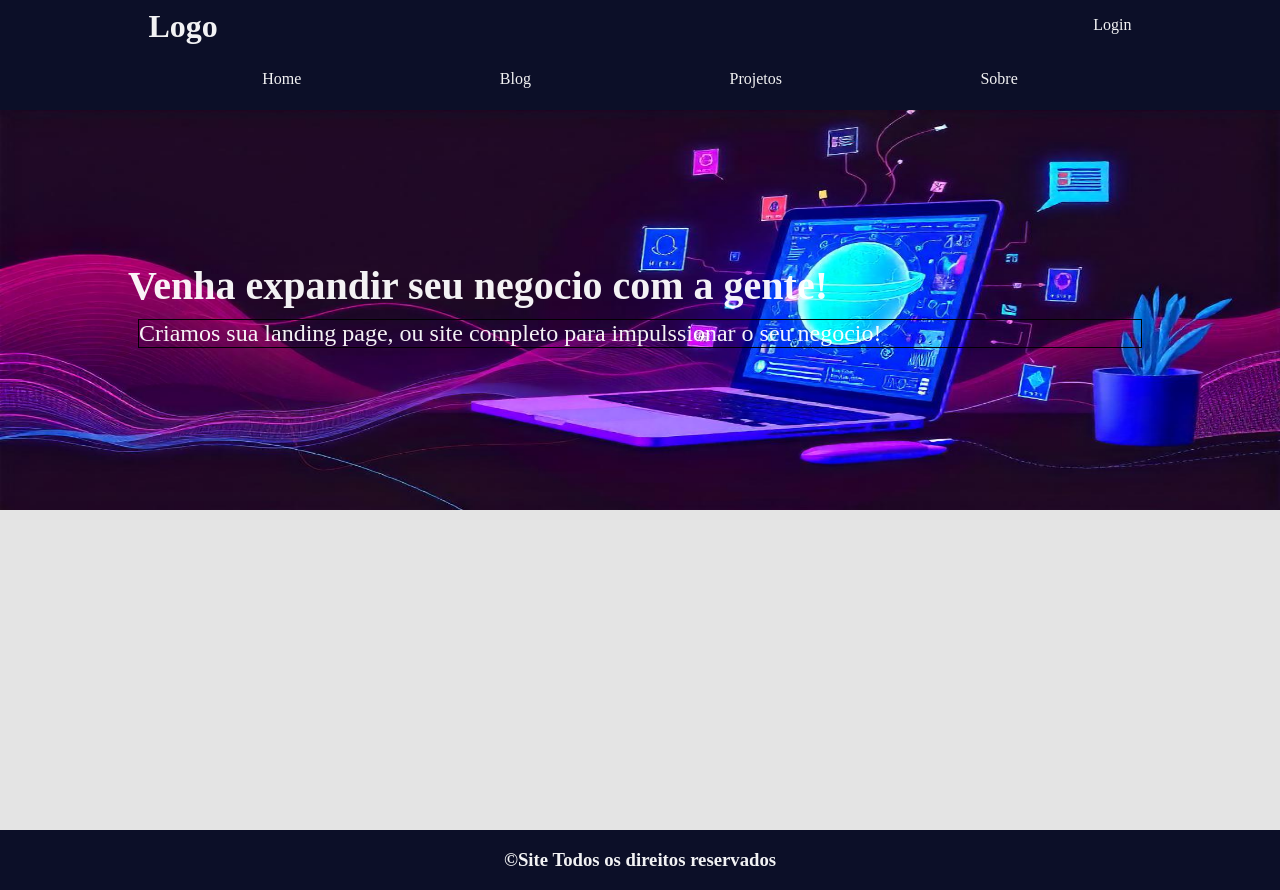
Repository: SauloMorais01/mysitefront-end
Page: index.html
These files come from the project's save history. The page is drawn as it stood at one moment and after the next save; the edit follows.
The browser window is 1280 px wide. The pictures show the whole page.

Above is the page before, as saved 2024-11-01 22:16:50.

### index.html
<!DOCTYPE html>
<html lang="pt-br">
<head>
    <meta charset="UTF-8">
    <meta name="viewport" content="width=device-width, initial-scale=1.0">
    <title>Titulo - status</title>
    <link rel="stylesheet" href="./src/css/style.css">
</head>
<body>
    <header class="primary-color hd-color-white">
        <div class="container">
            <div class="top-box flex">
                <div class="logo">
                    <a class="hd-color-white" href="/"><h1>Logo</h1></a>
                </div>
                <div class="login">
                    <a class="hd-color-white" href="/">Login</a>
                </div>
            </div>
        </div>
    </header>

    <section id="menu" class="sticky-top primary-color hd-color-white">
            <div class="container center">
                <a href="/">Home</a>
                <a href="./src/pages/blog.html">Blog</a>
                <a href="/">Projetos</a>
                <a href="/">Sobre</a>
            </div>
    </section>

    <main>
        <section class="info-top">
            <div class="container hd-color-white">
                <div class="info-top-top">
                    <h1>Venha expandir seu negocio com a gente!</h1>
                </div>
                <div class="info-top-p">
                    <p>Criamos sua landing page, ou site completo para impulssionar o seu negocio!</p>
                </div>
            </div>
        </section>

    </main>

    <footer class="primary-color center">
        <h3 class="hd-color-white">&copy;<strong>Site</strong> Todos os direitos reservados</h3>
    </footer>


    <script src="./src/js/main.js"></script>
</body>
</html>

### src/css/style.css
/* Primary configs */
:root {
    /* Colors */
    /* Bases */
    --primary-color: 234, 94%, 6%,;
    --secondary-color: 184, 86%, 66%,;
    --body-color: 0, 0%, 89%,;
    --white-color: 0, 0%, 100%,;
    --black-color: 0, 0%, 0%,;
    /* End Bases */

    /* Variations colors */
    --primary-color-normal: hsla(var(--primary-color) 0.95);
    --primary-color-medium: hsla(var(--primary-color) 0.5);
    --primary-color-light: hsla(var(--primary-color) 0.250);

    --secondary-color-normal: hsla(var(--secondary-color) 0.95);
    --secondary-color-medium: hsla(var(--secondary-color) 0.5);
    --secondary-color-light: hsla(var(--secondary-color) 0.250);

    --body-color-normal: hsla(var(--body-color) 0.95);
    --body-color-medium: hsla(var(--body-color) 0.5);
    --body-color-light: hsla(var(--body-color) 0.250);

    --black-color-normal: hsla(var(--black-color) 0.95);
    --black-color-medium: hsla(var(--black-color) 0.5);
    --black-color-light: hsla(var(--black-color) 0.250);

    --white-color-normal: hsla(var(--white-color) 0.95);
    --white-color-medium: hsla(var(--white-color) 0.5);
    --white-color-light: hsla(var(--white-color) 0.250);
    /* End variations colors */
    /* End Colors */

    /* Conf Sizes */
    --container-larger-l: 80%;
    --container-larger-m: 80%;
    --container-larger-s: 80%;
    --container-tablet: 90%;
    --container-small-d: 95%;
    --grid-width: 20%;
    --grid-height: 20%;
    /* End conf Sizes */
}

/* Global */
* {
    box-sizing: border-box;
    margin: 0;
    padding: 0;
}
/* End global */

/* pagina */
body {
    background: var(--body-color-normal);
}

a {
    list-style: none;
    text-decoration: none;
}


main {
    height: 100vh;
}

footer {
    height: 60px;
}

footer h3 {
    padding-top: 1.2rem;
}

/* end pagina */

/* Utils */
.flex {
    display: flex;
}

.sticky-top {
    position: sticky;
    top: 0;
}

.center {
    text-align: center;
}

.right {
    text-align: right;
}

.left {
    text-align: left;
}

.grid-temp {
    width: var(--grid-width); height: var(--grid-height);
    display: grid;
    grid-template-columns: repeat(4, 1fr);
    grid-template-rows: repeat(4, 1fr);
}

.primary-color{
    background: var(--primary-color-normal);
}

.secondary-color{
    background: var(--secondary-color-normal);
}

.hd-color-black {
    color: var(--black-color-normal);
}

.hd-color-white {
    color: var(--white-color-normal);
}

.hidden {
    display: none;
}
/* End utils */



/* Responsividade */
@media (max-width: 575.99px) {
    .container {
        margin: 0 auto;
        width: var(--container-small-d);
    }

    header {
        height: 40px;
    }

    #menu {
        height: 40px;
        display:none;
    }

    #menu a {
        color: var(--white-color-normal);
        margin: 5px 2%;
        padding: 10px 5%;
    }

    .login {
        display: none;
    }

    #menu a:hover {
        background-color: var(--secondary-color-light);
        border-radius: 5px;
    }

    .top-box {
        position: relative;
        padding-top: 2px;
    }

    .logo {
        position: absolute;
        left: 1%;
        font-size: 0.8rem;
    }

    .login {
        position: absolute;
        margin-top: 2px;
        right: 1%;
    }

    /* Main */
    .info-top{
        /* background: #4f0c6e; */
        height: 250px;
        background-image: url(../img/freepik__generate-images-about-web-development__7459.jpeg);
        background-position: center;
        background-size: 100% 100%;
        display: flex;
        align-items: center;
        justify-content: center;
        /* background-repeat: no-repeat; */
    }

    .info-top h1 {
        font-size: 1.25rem;
    }

    .info-top p {
        font-size: 0.8rem;]

    }
}

@media (min-width: 576px) {
    .container {
        margin: 0 auto;
        width: var(--container-small-d);
    }

    header {
        height: 40px;
    }

    #menu {
        height: 40px;
        display:none;
    }

    #menu a {
        color: var(--white-color-normal);
        margin: 5px 2%;
        padding: 10px 5%;
    }

    .login {
        display: none;
    }

    #menu a:hover {
        background-color: var(--secondary-color-light);
        border-radius: 5px;
    }

    .top-box {
        position: relative;
        padding-top: 3px;
    }

    .logo {
        position: absolute;
        left: 1%;
        font-size: 0.8rem;
    }

    .login {
        position: absolute;
        margin-top: 3px;
        right: 1%;
    }

    /* Main */
    .info-top{
        /* background: #4f0c6e; */
        height: 250px;
        background-image: url(../img/freepik__generate-images-about-web-development__7459.jpeg);
        background-position: center;
        background-size: 100% 100%;
        display: flex;
        align-items: center;
        justify-content: center;
        /* background-repeat: no-repeat; */
    }

    .info-top h1 {
        font-size: 1.25rem;
    }

    .info-top p {
        font-size: 0.8rem;
        border: 1px solid var(--black-color-normal);
    }
}

/* Medium devices (tablets, 768px and up) */
@media (min-width: 768px) {
    .container {
        margin: 0 auto;
        width: var(--container-tablet);
    }

    header {
        height: 50px;
    }

    #menu {
        height: 40px;
        display:none;
    }

    #menu a {
        color: var(--white-color-normal);
        margin: 5px 3%;
        padding: 10px 5%;
    }

    #menu a:hover {
        background-color: var(--secondary-color-light);
        border-radius: 5px;
    }

    .login {
        display: block;
    }

    .top-box {
        position: relative;
        padding-top: 6px;
    }

    .logo {
        position: absolute;
        left: 2%;
        font-size: 1rem;
    }

    .login {
        position: absolute;
        margin-top: 6px;
        right: 2%;
    }

    /* Main */
    .info-top{
        /* background: #4f0c6e; */
        height: 300px;
        background-image: url(../img/freepik__generate-images-about-web-development__7459.jpeg);
        background-position: center;
        background-size: 100% 100%;
        display: flex;
        align-items: center;
        justify-content: center;
        /* background-repeat: no-repeat; */
    }

    .info-top h1 {
        font-size: 1.5rem;
    }

    .info-top p {
        margin: 10px;
        font-size: 1.0rem;
    }
}

/* Large devices (desktops, 992px and up) */
@media (min-width: 992px) {
    .container {
        margin: 0 auto;
        width: var(--container-larger-s);
    }

    header {
        height: 60px;
    }

    #menu {
        height: 40px;
        display: block;
    }

    #menu a {
        color: var(--white-color-normal);
        margin: 5px 4%;
        padding: 10px 5%;
    }

    #menu a:hover {
        background-color: var(--secondary-color-light);
        border-radius: 5px;
    }

    .top-box {
        position: relative;
        padding-top: 8px;
    }

    .logo {
        position: absolute;
        left: 2%;
    }

    .login {
        position: absolute;
        margin-top: 8px;
        right: 2%;
    }

    /* Main */
    .info-top{
        /* background: #4f0c6e; */
        height: 350px;
        background-image: url(../img/freepik__generate-images-about-web-development__7459.jpeg);
        background-position: center;
        background-size: 100% 100%;
        display: flex;
        align-items: center;
        justify-content: center;
        /* background-repeat: no-repeat; */
    }

    .info-top h1 {
        font-size: 2.0rem;
    }

    .info-top p {
        font-size: 1.0rem;
    }
}

/* X-Large devices (large desktops, 1200px and up) */
@media (min-width: 1200px) {
    .container {
        margin: 0 auto;
        width: var(--container-larger-m);
    }

    header {
        height: 70px;
    }

    #menu {
        height: 40px;
        display: block;
    }

    #menu a {
        color: var(--white-color-normal);
        margin: 5px 4.5%;
        padding: 10px 5%;
    }

    #menu a:hover {
        background-color: var(--secondary-color-light);
        border-radius: 5px;
    }

    .top-box {
        position: relative;
        padding-top: 8px;
    }

    .logo {
        position: absolute;
        left: 2%;
    }

    .login {
        position: absolute;
        margin-top: 8px;
        right: 2%;
    }

    /* Main */
    .info-top{
        /* background: #4f0c6e; */
        height: 400px;
        background-image: url(../img/freepik__generate-images-about-web-development__7459.jpeg);
        background-position: center;
        background-size: 100% 100%;
        display: flex;
        align-items: center;
        justify-content: center;
        /* background-repeat: no-repeat; */
    }

    .info-top h1 {
        font-size: 2.5rem;
    }

    .info-top p {
        font-size: 1.5rem;
    }
}

/* XX-Large devices (larger desktops, 1400px and up) */
@media (min-width: 1400px) {
    .container {
        margin: 0 auto;
        width: var(--container-larger-l);
    }

    header {
        height: 75px;
    }

    #menu {
        height: 40px;
        display: block;
    }

    #menu a {
        color: var(--white-color-normal);
        margin: 5px 5%;
        padding: 10px 5%;
    }

    #menu a:hover {
        background-color: var(--secondary-color-light);
        border-radius: 5px;
    }

    .top-box {
        position: relative;
        padding-top: 10px;
    }

    .logo {
        position: absolute;
        left: 2%;
    }

    .login {
        position: absolute;
        margin-top: 10px;
        right: 2%;
    }

    /* Main */
    .info-top{
        /* background: #4f0c6e; */
        height: 400px;
        background-image: url(../img/freepik__generate-images-about-web-development__7459.jpeg);
        background-position: center;
        background-size: 100% 100%;
        display: flex;
        align-items: center;
        justify-content: center;
        /* background-repeat: no-repeat; */
    }

    .info-top h1 {
        font-size: 2.5rem;
    }

    .info-top p {
        font-size: 1.5rem;
    }
}
/* End responsividade */

Loaded but not shown: src/js/main.js (no copy from this time; the picture is the same without it)

After the next save:
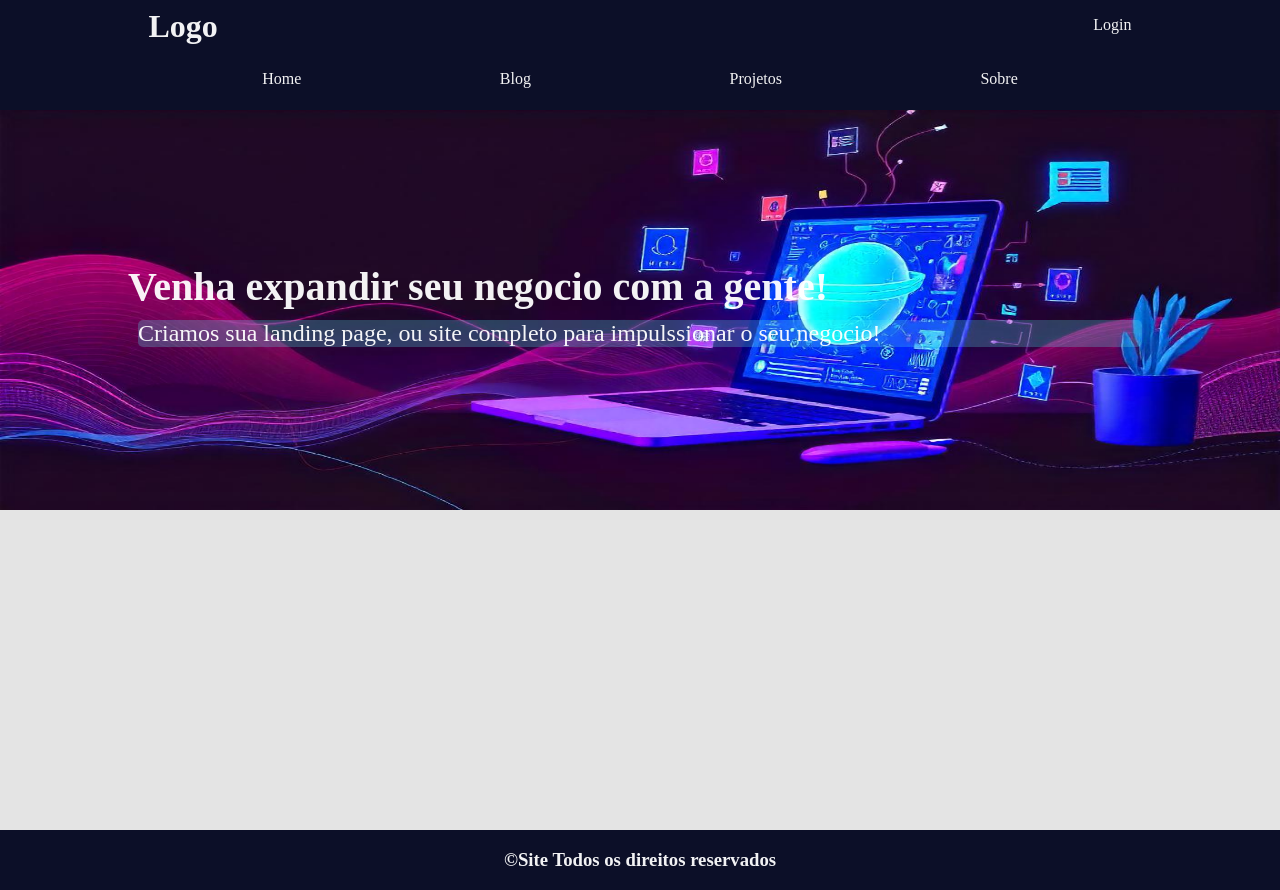
Saved 54 s later.
--- a/src/css/style.css
+++ b/src/css/style.css
@@ -265,7 +265,8 @@ footer h3 {
 
     .info-top p {
         font-size: 0.8rem;
-        border: 1px solid var(--black-color-normal);
+        background: var(--secondary-color-light);
+        border-radius: 5px;
     }
 }
 
